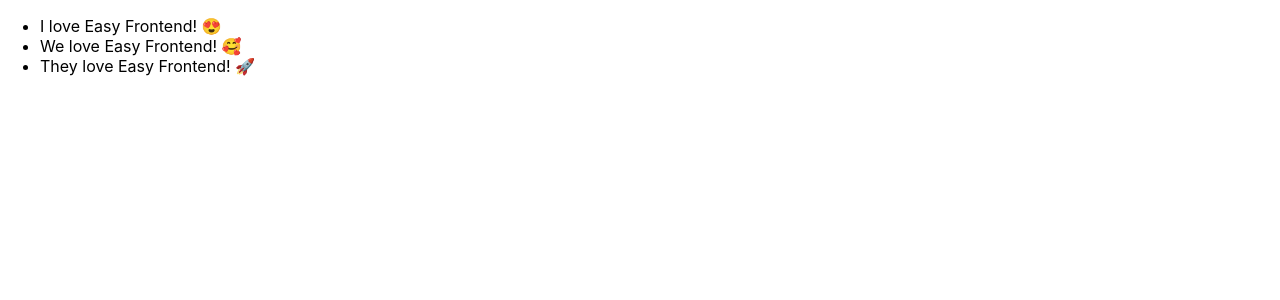
Repository: trantrongnhanttn/learn-reactjs
Page: /
These files come from the project's save history. The page is drawn as it stood at one moment and after the next save; the edit follows.
The browser window is 1280 px wide. The pictures show the whole page.
The project was rebuilt for these pictures with package versions that can differ from the ones it lists, and the page was loaded fresh each time.

Above is the page before, as saved 2023-09-17 21:23:21.

### src/index.js
import React from "react";
import ReactDOM from "react-dom/client";
// import "./App.css";
import App from "./App";
import "./index.css";
import reportWebVitals from "./reportWebVitals";

const root = ReactDOM.createRoot(document.getElementById("root"));
root.render(
  <section>
    <App />
  </section>
);

// If you want to start measuring performance in your app, pass a function
// to log results (for example: reportWebVitals(console.log))
// or send to an analytics endpoint. Learn more: https://bit.ly/CRA-vitals
reportWebVitals();

### src/App.js
import React, { useState } from "react";
import TodoList from "./components/TodoList";

function App() {
  const [todoList, setTodoList] = useState([
    { id: 1, title: "I love Easy Frontend! 😍 " },
    { id: 2, title: "We love Easy Frontend! 🥰 " },
    { id: 3, title: "They love Easy Frontend! 🚀 " },
  ]);
  function handleTodoClick(todo) {
    const index = todoList.findIndex((x) => x.id === todo.id);
    if (index < 0) return;

    const newTodoList = [...todoList];
    newTodoList.splice(index, 1);
    setTodoList(newTodoList);
  }
  return (
    <div className="app">
      <TodoList todos={todoList} onTodoClick={handleTodoClick} />
    </div>
  );
}

export default App;

### src/components/TodoList/index.jsx
import React from "react";
import PropTypes from "prop-types";

TodoList.propTypes = {
  todos: PropTypes.array,
  onTodoClick: PropTypes.func,
};

TodoList.defaultProps = {
  todos: [],
  onTodoClick: null,
};

function TodoList(props) {
  const { todos, onTodoClick } = props;
  function handleClick(todo) {
    if (onTodoClick) {
      onTodoClick(todo);
    }
  }
  return (
    <ul className="todo-list">
      {todos.map((todo) => (
        <li key={todo.id} onClick={() => handleClick(todo)}>
          {todo.title}
        </li>
      ))}
    </ul>
  );
}

export default TodoList;

### src/components/TodoForm/index.jsx
import React, { useState } from "react";
import PropTypes from "prop-types";

TodoForm.propTypes = {
  onSubmit: PropTypes.func,
};

TodoForm.defaultProps = {
  onSubmit: null,
};

function TodoForm(props) {
  const { onSubmit } = props;
  const [value, setValue] = useState("");

  return (
    <form>
      <input type="text" value={value} />
    </form>
  );
}

export default TodoForm;

Loaded but not shown: public/index.html (common file); src/index.css (common file); src/reportWebVitals.js (common file)

After the next save:
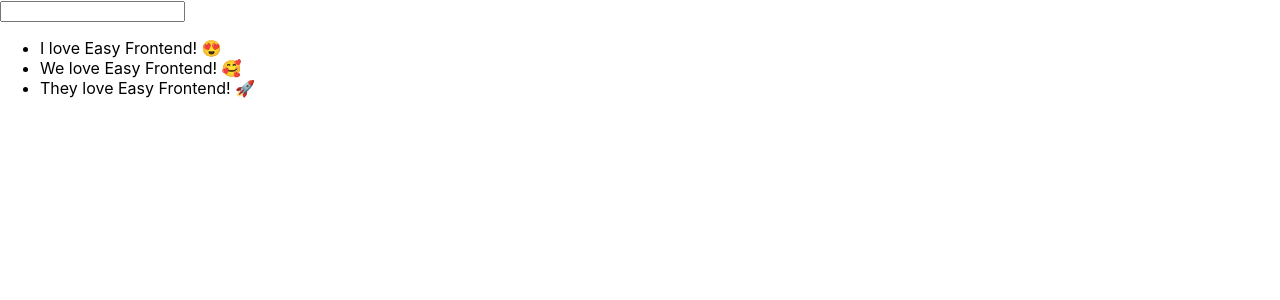
Saved 30 s later.
--- a/src/App.js
+++ b/src/App.js
@@ -1,5 +1,6 @@
 import React, { useState } from "react";
 import TodoList from "./components/TodoList";
+import TodoForm from "./components/TodoForm";
 
 function App() {
   const [todoList, setTodoList] = useState([
@@ -17,6 +18,7 @@
   }
   return (
     <div className="app">
+      <TodoForm />
       <TodoList todos={todoList} onTodoClick={handleTodoClick} />
     </div>
   );
